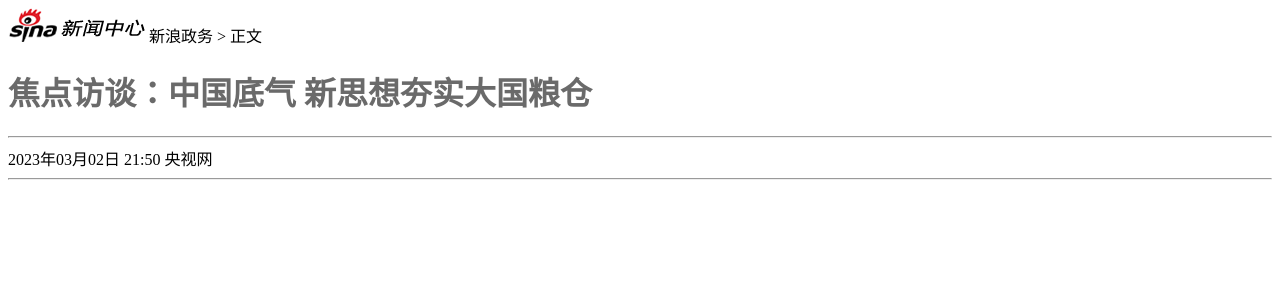
Repository: normalSp/HTMLLearn
Page: 02. 新浪新闻-标题-样式.html
An editor plug-in stored every save of this project. The page is shown before and after the next save, followed by the edit.
The browser window is 1280 px wide. The pictures show the whole page.

Above is the page before, as saved 2024-04-12 13:54:15.

After the next save:
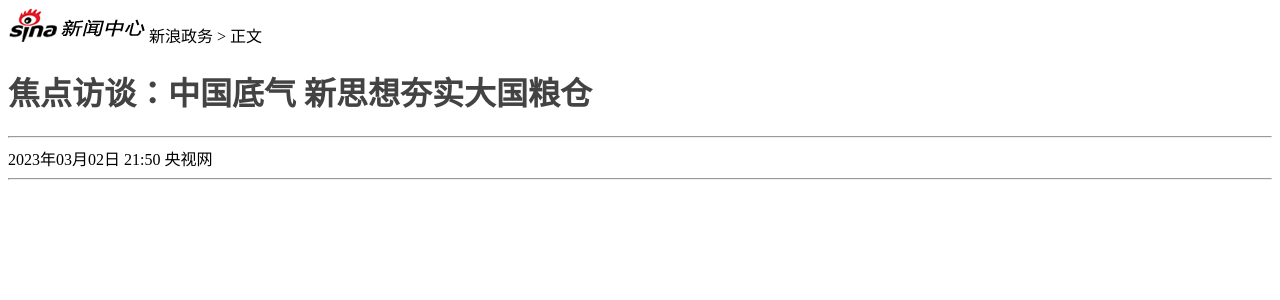
Saved 32 s later.
--- a/css/new.css
+++ b/css/new.css
@@ -1,3 +1,3 @@
 h1{
-    color: rgb(106, 106, 106);
+    color: #434343;
 }
